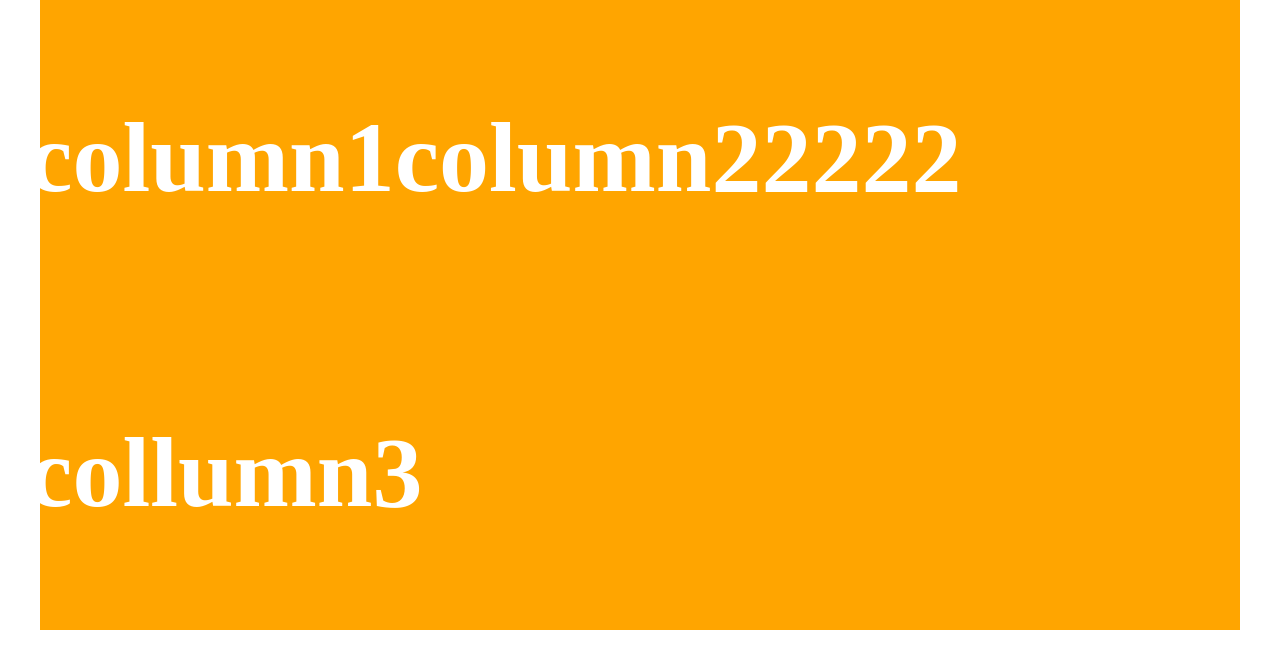
Repository: longtn213/Frond_end_HTML-CSS
Page: Front-End/DemoGrid/index.html
The author's editor kept a copy of each file at every save. The page is drawn from the files as they stood at one save, then again after the next save.
The browser window is 1280 px wide. The pictures show the whole page.

Above is the page before, as saved 2021-09-21 16:00:58.

### Front-End/DemoGrid/index.html
<!DOCTYPE html>
<html lang="en">

<head>
    <meta charset="UTF-8">
    <meta http-equiv="X-UA-Compatible" content="IE=edge">
    <meta name="viewport" content="width=device-width, initial-scale=1.0">
    <title>Document</title>
    <link rel="stylesheet" href="./grid.css">
    <style>
        body {
            margin: 0;
        }

        .container {
            background-color: orange;
            text-align: center;

        }

        h1 {
            padding: 100px 0;
            font-size: 100px;
            color: #fff;
            margin: 0;
        }
    </style>
</head>
<!--
    Column: col
    Prefix class:
            c - moblie
            m - Tablet
            l - PC
 -->
<body>
    <div class="grid wide container">
        <div class="row">
            <h1>column1</h1>
            <h1>column22222</h1>
            <h1>collumn3</h1>
        </div>
    </div>
</body>

</html>

### Front-End/DemoGrid/grid.css
.grid{
    width: 100%;
    /* dùng tính chất block để cho những thẻ ko có tính chất block */
    display: block;
    padding: 0;
}

.grid.wide{
    max-width: 1200px;
    margin: 0 auto;
}

.row{
    display: flex;
    flex-wrap: wrap;
    margin-left: -4px;
    margin-right: -4px;
}

.col{
    padding-left: 4px;
    padding-right: 4px;
}

.c-0{
    /* Ẩn đi 1 cột trên mobile */
    display: none;
}

.c-1{
    flex:0 0 8.33333%;
    max-width: 8.33333%;
}

.c-2{
    flex:0 0 16.66667%;
    max-width: 16.66667%;
}

.c-3{
    flex:0 0 25%;
    max-width: 25%;
}

.c-4{
    flex:0 0 33.33333%;
    max-width: 33.33333%;
}

.c-5{
    flex:0 0 41.66667%;
    max-width: 41.66667%;
}

.c-6{
    flex:0 0 50%;
    max-width: 50%;
}

.c-7{
    flex:0 0 58.33333%;
    max-width: 58.33333%;
}

.c-8{
    flex:0 0 66.66667%;
    max-width: 66.66667%;
}

.c-9{
    flex:0 0 75%;
    max-width: 75%;
}

.c-10{
    flex:0 0 83.33333%;
    max-width: 83.33333%;
}

.c-11{
    flex:0 0 91.66667%;
    max-width: 91.66667%;
}

.c-12{
    flex:0 0 100%;
    max-width: 100%;
}
/* Tablet -PC low resolution */
@media (min-width: 740px) and (max-width: 1023px) {
    .wide{
        width: 644px;
    }
}
/* > Tablet  */
@media (min-width: 740px) {
    .row{
        margin-left: -8px;
        margin-right: -8px;
    }
    .col{
        padding-left: 8px;
        padding-right: 8px;
    }
    .m-0{
        /* Ẩn đi 1 cột trên mobile */
        display: none;
    }
    .m-1,.m-2,.m-3,.m-4,.m-5,.m-6,.m-7,.m-8,.m-9,.m-10,.m-11,.m-12{
        display: block;
    }
    .m-1{
        flex:0 0 8.33333%;
        max-width: 8.33333%;
    }

    .m-2{
        flex:0 0 16.66667%;
        max-width: 16.66667%;
    }

    .m-3{
        flex:0 0 25%;
        max-width: 25%;
    }

    .m-4{
        flex:0 0 33.33333%;
        max-width: 33.33333%;
    }

    .m-5{
        flex:0 0 41.66667%;
        max-width: 41.66667%;
    }

    .m-6{
        flex:0 0 50%;
        max-width: 50%;
    }

    .m-7{
        flex:0 0 58.33333%;
        max-width: 58.33333%;
    }

    .m-8{
        flex:0 0 66.66667%;
        max-width: 66.66667%;
    }

    .m-9{
        flex:0 0 75%;
        max-width: 75%;
    }

    .m-10{
        flex:0 0 83.33333%;
        max-width: 83.33333%;
    }

    .m-11{
        flex:0 0 91.66667%;
        max-width: 91.66667%;
    }

    .m-12{
        flex:0 0 100%;
        max-width: 100%;
    }
}
/* > PC low resolution  */
@media (min-width: 1113px) {
    .row{
        margin-left: -12px;
        margin-right: -12px;
    }
    .col{
        padding-left: 12px;
        padding-right: 12px;
    }
    .l-0 {
        display: none;
    }

    .l-1,
    .l-2,
    .l-2-4,
    .l-3,
    .l-4,
    .l-5,
    .l-6,
    .l-7,
    .l-8,
    .l-9,
    .l-10,
    .l-11,
    .l-12 {
        display: block;
    }

    .l-1 {
        flex: 0 0 8.33333%;
        max-width: 8.33333%;
    }

    .l-2 {
        flex: 0 0 16.66667%;
        max-width: 16.66667%;
    }

    .l-2-4 {
        flex: 0 0 20%;
        max-width: 20%;
    }

    .l-3 {
        flex: 0 0 25%;
        max-width: 25%;
    }

    .l-4 {
        flex: 0 0 33.33333%;
        max-width: 33.33333%;
    }

    .l-5 {
        flex: 0 0 41.66667%;
        max-width: 41.66667%;
    }

    .l-6 {
        flex: 0 0 50%;
        max-width: 50%;
    }

    .l-7 {
        flex: 0 0 58.33333%;
        max-width: 58.33333%;
    }

    .l-8 {
        flex: 0 0 66.66667%;
        max-width: 66.66667%;
    }

    .l-9 {
        flex: 0 0 75%;
        max-width: 75%;
    }

    .l-10 {
        flex: 0 0 83.33333%;
        max-width: 83.33333%;
    }

    .l-11 {
        flex: 0 0 91.66667%;
        max-width: 91.66667%;
    }

    .l-12 {
        flex: 0 0 100%;
        max-width: 100%;
    }
}

/*PC low resolution >*/
@media (min-width: 1024px) and (max-width: 1239px) {
    .wide{
        width: 984px;
    }
    .wide.row{
        margin-left: -12px;
        margin-right: -12px;
    }
}

After the next save:
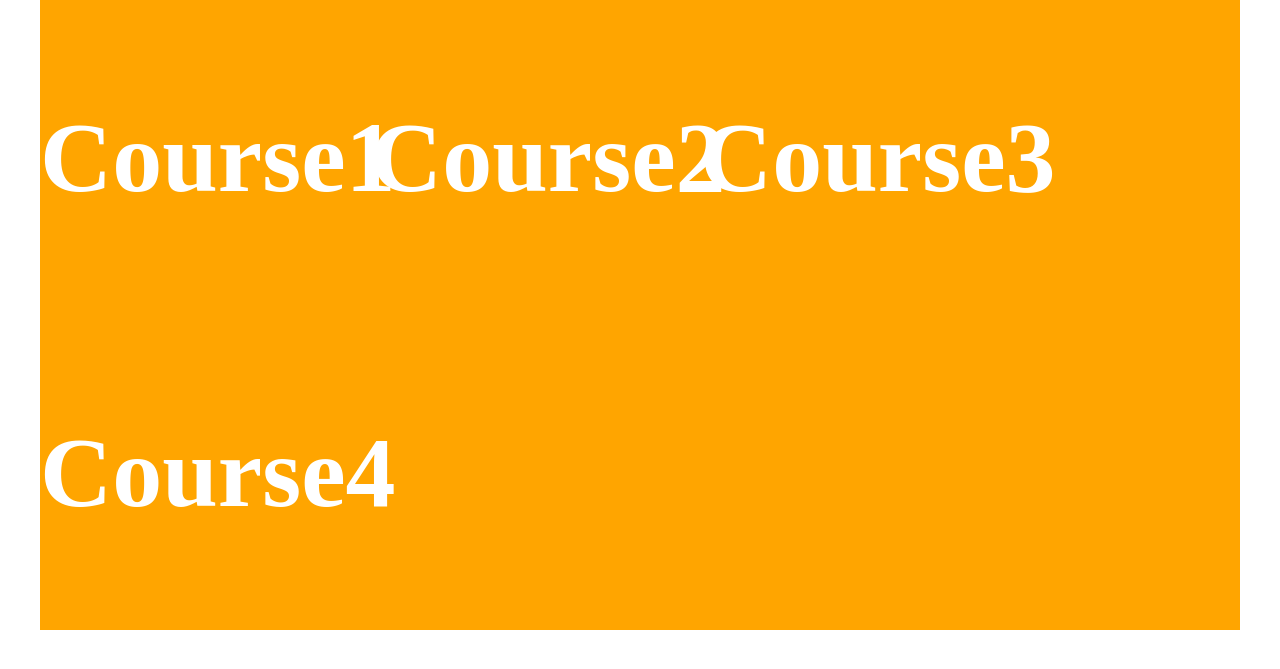
Saved 110 s later.
--- a/Front-End/DemoGrid/index.html
+++ b/Front-End/DemoGrid/index.html
@@ -36,9 +36,26 @@
 <body>
     <div class="grid wide container">
         <div class="row">
-            <h1>column1</h1>
-            <h1>column22222</h1>
-            <h1>collumn3</h1>
+            <div class="col l-3">
+                <div class="course-item">
+                    <h1>Course1</h1>
+                </div>
+            </div>
+            <div class="col l-3">
+                <div class="course-item">
+                    <h1>Course2</h1>
+                </div>
+            </div>
+            <div class="col l-3">
+                <div class="course-item">
+                    <h1>Course3</h1>
+                </div>
+            </div>
+            <div class="col l-3">
+                <div class="course-item">
+                    <h1>Course4</h1>
+                </div>
+            </div>
         </div>
     </div>
 </body>
